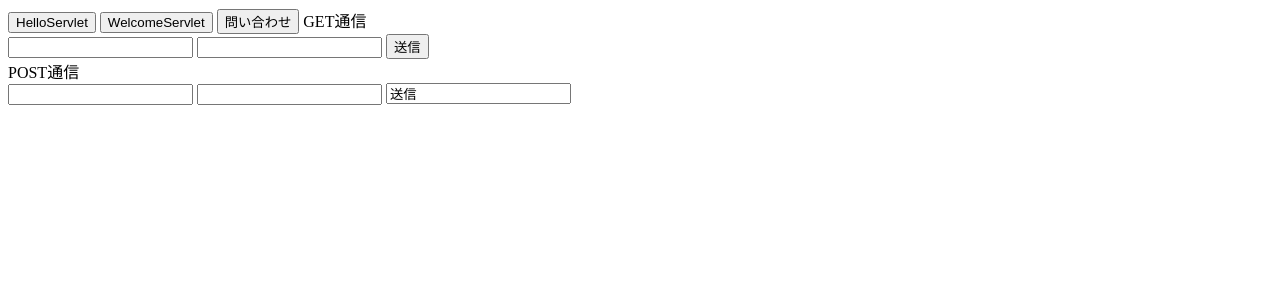
Repository: xnjsuxzc1825/test
Page: http://localhost/HelloServlet/
The author's editor kept a copy of each file at every save. The page is drawn from the files as they stood at one save, then again after the next save.
The browser window is 1280 px wide. The pictures show the whole page.
The page is served by Tomcat 9. Other server files are loaded and not shown.

Above is the page before, as saved 2019-07-26 09:52:42.

### HelloServlet/WebContent/index.jsp
<%@ page language="java" contentType="text/html; charset=UTF-8"
    pageEncoding="UTF-8"%>
<!DOCTYPE html>
<html>
<head>
<meta charset="UTF-8">
<title>HelloServlet</title>
</head>
<body>
<input type="button" value="HelloServlet" onClick="location.href='HelloServlet'">
<input type="button" value="WelcomeServlet" onClick="location.href='welcome.jsp'">
<input type="button" value="問い合わせ" onClick="location.href='inquiry.jsp'">
GET通信
<form method="get" action="TestServlet">
<input type="text" name="username">
<input type="password" name="password">
<input type="submit" value="送信">
</form>
POST通信
<form method="post" action="TestServlet">
<input type="text" name="username">
<input type="password" name="password">
<input type="subimt"  value="送信">
</form>
</body>
</html>

After the next save:
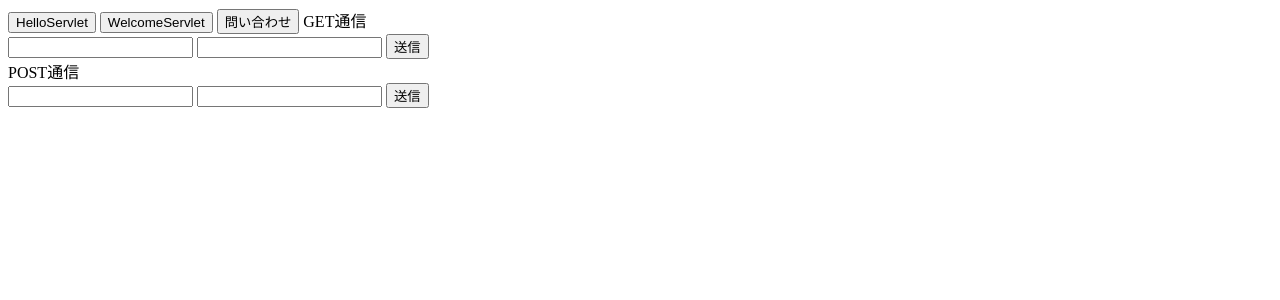
Saved 18 s later.
--- a/HelloServlet/WebContent/index.jsp
+++ b/HelloServlet/WebContent/index.jsp
@@ -20,7 +20,7 @@
 <form method="post" action="TestServlet">
 <input type="text" name="username">
 <input type="password" name="password">
-<input type="subimt"  value="送信">
+<input type="submit" value="送信">
 </form>
 </body>
 </html>
